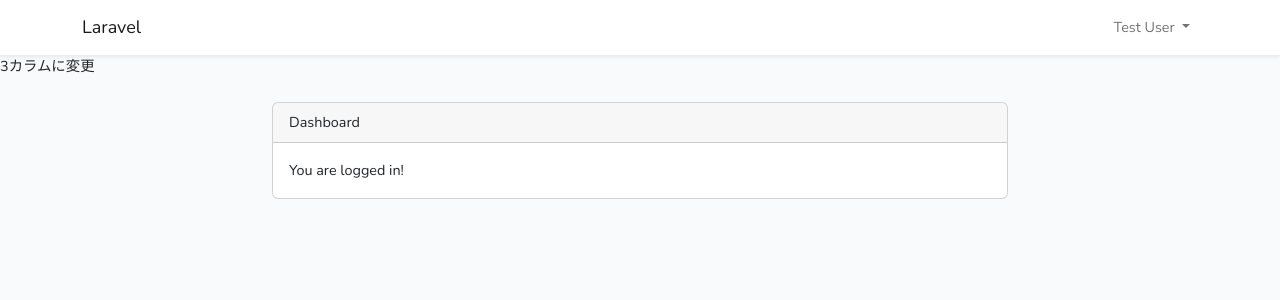
Repository: OkunoTaichi/laravel-simple-memo
Page: http://localhost/home
The author's editor kept a copy of each file at every save. The page is drawn from the files as they stood at one save, then again after the next save.
The browser window is 1280 px wide. The pictures show the whole page.
The page is served by the project's Laravel application, run on PHP 8.4 with Laravel 8. A made-up administrator, Test User (test@example.com), is signed in. Other server files are loaded and not shown. Queries for data that is not in the repository find no rows.

Above is the page before, as saved 2022-11-09 18:16:14.

### app/Providers/AppServiceProvider.php
<?php

namespace App\Providers;

use Illuminate\Support\ServiceProvider;
use App\Models\Memo;

class AppServiceProvider extends ServiceProvider
{
    /**
     * Register any application services.
     *
     * @return void
     */
    public function register()
    {
        //
    }

    /**
     * Bootstrap any application services.
     *
     * @return void
     */
    public function boot()
    {
        // 全てのメソッドが呼ばれる前より先に呼ばれるメソッド
        view()->composer('*' , function($view){
            $memos = Memo::select('memos.*')
                ->where('user_id', '=' , \Auth::id())//ユーザーIDとログインしているIDが同じもので
                ->whereNull('deleted_at')//デリートの履歴がないもので
                ->orderBy('updated_at', 'DESC')//アップデートされた日時が新しいものから
                ->get();// DBに架空のデータを作成し、上記の項目が正しくできているか確認する。

            $view->with('memos', $memos);
        });

    }
}

### resources/views/layouts/app.blade.php
<!doctype html>
<html lang="{{ str_replace('_', '-', app()->getLocale()) }}">
<head>
    <meta charset="utf-8">
    <meta name="viewport" content="width=device-width, initial-scale=1">

    <!-- CSRF Token -->
    <meta name="csrf-token" content="{{ csrf_token() }}">

    <title>{{ config('app.name', 'Laravel') }}</title>

    <!-- Scripts -->
    <script src="{{ asset('js/app.js') }}" defer></script>

    <!-- Fonts -->
    <link rel="dns-prefetch" href="//fonts.gstatic.com">
    <link href="https://fonts.googleapis.com/css?family=Nunito" rel="stylesheet">

    <!-- Styles -->
    <link href="{{ asset('css/app.css') }}" rel="stylesheet">
</head>
<body>
    <div id="app">
        <nav class="navbar navbar-expand-md navbar-light bg-white shadow-sm">
            <div class="container">
                <a class="navbar-brand" href="{{ url('/') }}">
                    {{ config('app.name', 'Laravel') }}
                </a>
                <button class="navbar-toggler" type="button" data-bs-toggle="collapse" data-bs-target="#navbarSupportedContent" aria-controls="navbarSupportedContent" aria-expanded="false" aria-label="{{ __('Toggle navigation') }}">
                    <span class="navbar-toggler-icon"></span>
                </button>

                <div class="collapse navbar-collapse" id="navbarSupportedContent">
                    <!-- Left Side Of Navbar -->
                    <ul class="navbar-nav me-auto">

                    </ul>

                    <!-- Right Side Of Navbar -->
                    <ul class="navbar-nav ms-auto">
                        <!-- Authentication Links -->
                        @guest
                            @if (Route::has('login'))
                                <li class="nav-item">
                                    <a class="nav-link" href="{{ route('login') }}">{{ __('Login') }}</a>
                                </li>
                            @endif

                            @if (Route::has('register'))
                                <li class="nav-item">
                                    <a class="nav-link" href="{{ route('register') }}">{{ __('Register') }}</a>
                                </li>
                            @endif
                        @else
                            <li class="nav-item dropdown">
                                <a id="navbarDropdown" class="nav-link dropdown-toggle" href="#" role="button" data-bs-toggle="dropdown" aria-haspopup="true" aria-expanded="false" v-pre>
                                    {{ Auth::user()->name }}
                                </a>

                                <div class="dropdown-menu dropdown-menu-end" aria-labelledby="navbarDropdown">
                                    <a class="dropdown-item" href="{{ route('logout') }}"
                                       onclick="event.preventDefault();
                                                     document.getElementById('logout-form').submit();">
                                        {{ __('Logout') }}
                                    </a>

                                    <form id="logout-form" action="{{ route('logout') }}" method="POST" class="d-none">
                                        @csrf
                                    </form>
                                </div>
                            </li>
                        @endguest
                    </ul>
                </div>
            </div>
        </nav>

        3カラムに変更
        <main class="py-4">
            @yield('content')
        </main>
    </div>
</body>
</html>

Loaded but not shown: routes/web.php (common file); app/Http/Controllers/Auth/ConfirmPasswordController.php (common file); app/Http/Controllers/Controller.php (common file); app/Models/User.php (common file); app/Http/Controllers/HomeController.php (common file); app/Models/Memo.php (common file); resources/views/home.blade.php (common file); public/css/app.css (library)

After the next save:
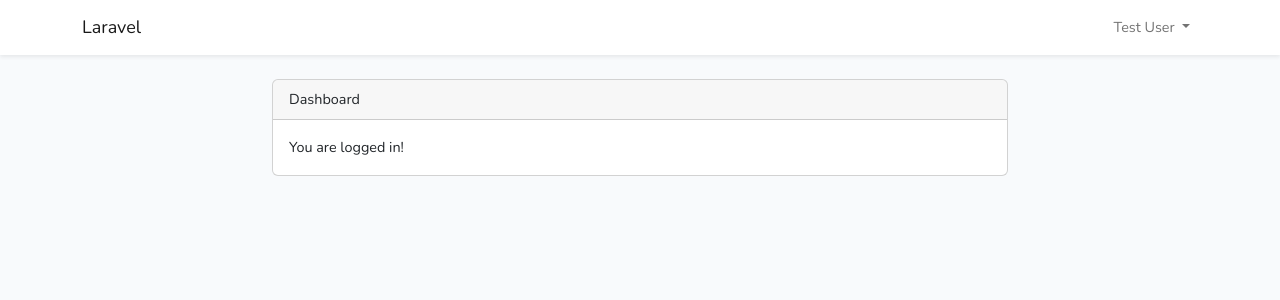
Saved 4 s later.
--- a/resources/views/layouts/app.blade.php
+++ b/resources/views/layouts/app.blade.php
@@ -75,7 +75,7 @@
             </div>
         </nav>
 
-        3カラムに変更
+        <!-- 3カラムに変更 -->
         <main class="py-4">
             @yield('content')
         </main>
